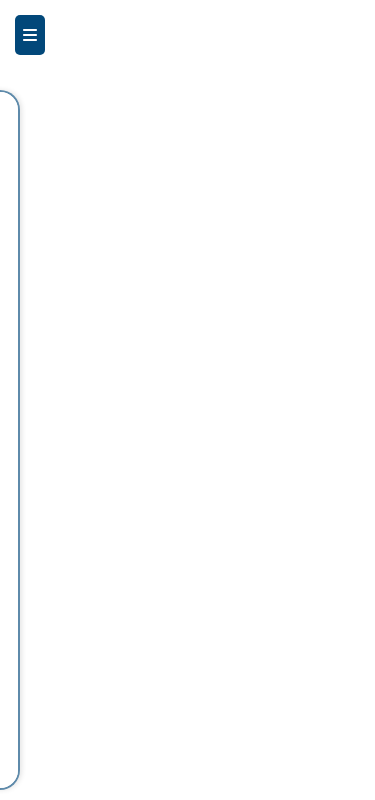
Repository: bindukabusara/Frontend
Page: /sidebar
These files come from the project's save history. The page is drawn as it stood at one moment and after the next save; the edit follows.
The browser window is 375 px wide. The pictures show the whole page.
An inner scrolling area shows only its first screen. The project was rebuilt for these pictures with package versions that can differ from the ones it lists, and the page was loaded fresh each time. Also part of the build but not shown: vite.config.js, src/components/Home.css, src/components/Home.jsx, src/components/authentification/Signup.css, src/components/authentification/Signup.jsx, src/components/authentification/Login.jsx, src/components/Pharmacy/Sidebar/Navbar.css, src/components/Pharmacy/Sidebar/Navbar.jsx and 25 more.

Above is the page before, as saved 2025-03-25 20:41:28.

After the next save:
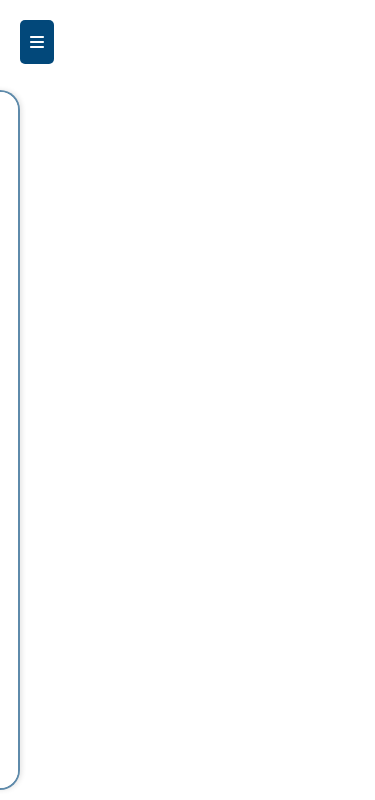
Saved 2 min 1 s later.
--- a/src/componentp/bar/sidebar.css
+++ b/src/componentp/bar/sidebar.css
@@ -185,22 +185,3 @@
         display: block;
     }
 }
-
-/* Add this to your existing media query */
-@media (max-width: 768px) {
-    .sidebar {
-      width: 250px;
-    }
-
-    .sidebar-toggle {
-      top: 15px;
-      left: 15px;
-      padding: 8px;
-    }
-  }
-
-  @media (max-width: 576px) {
-    .sidebar {
-      width: 80%;
-    }
-  }
